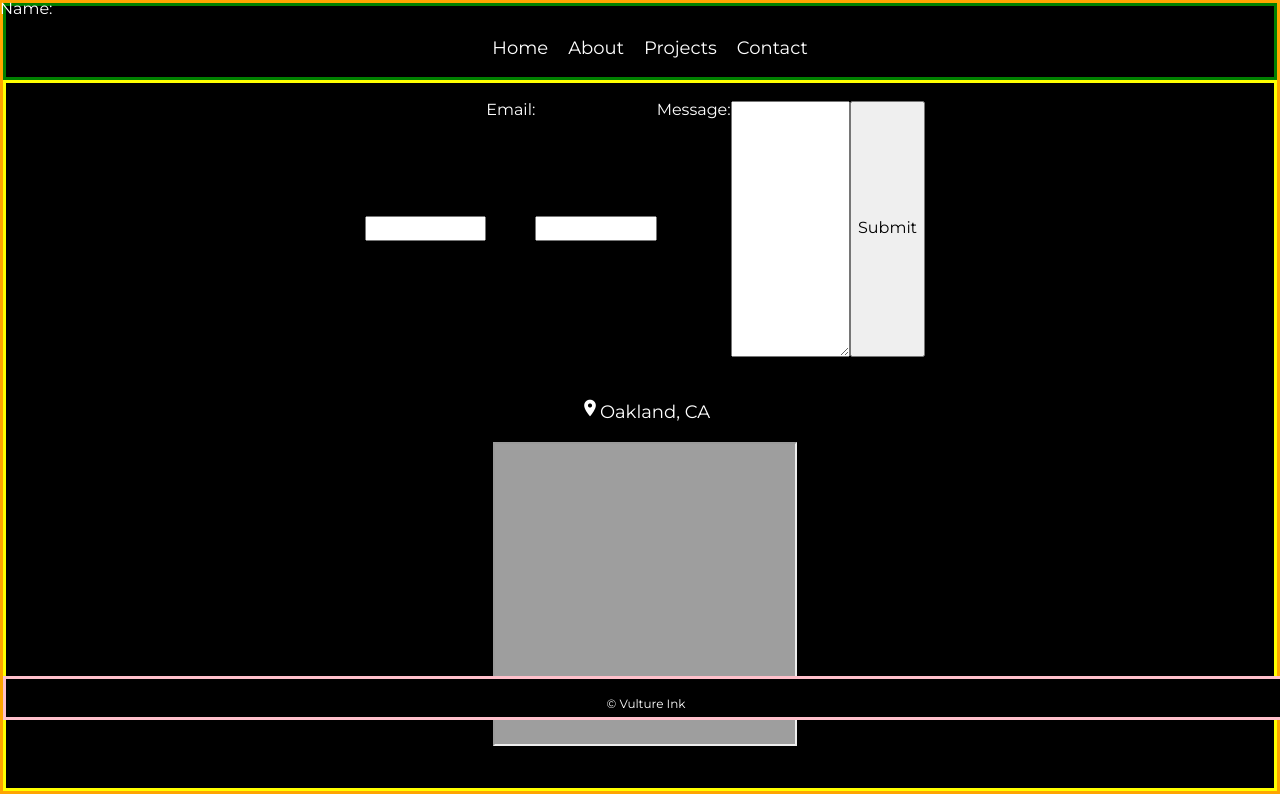
Repository: kaitlynMidori/anon_ink
Page: pages/Contact.html
The author's editor kept a copy of each file at every save. The page is drawn from the files as they stood at one save, then again after the next save.
The browser window is 1280 px wide. The pictures show the whole page.
Pictures or frames that could not be fetched are drawn as grey boxes. Some web libraries are served in a nearby version.

Above is the page before, as saved 2021-09-07 13:40:41.

After the next save:
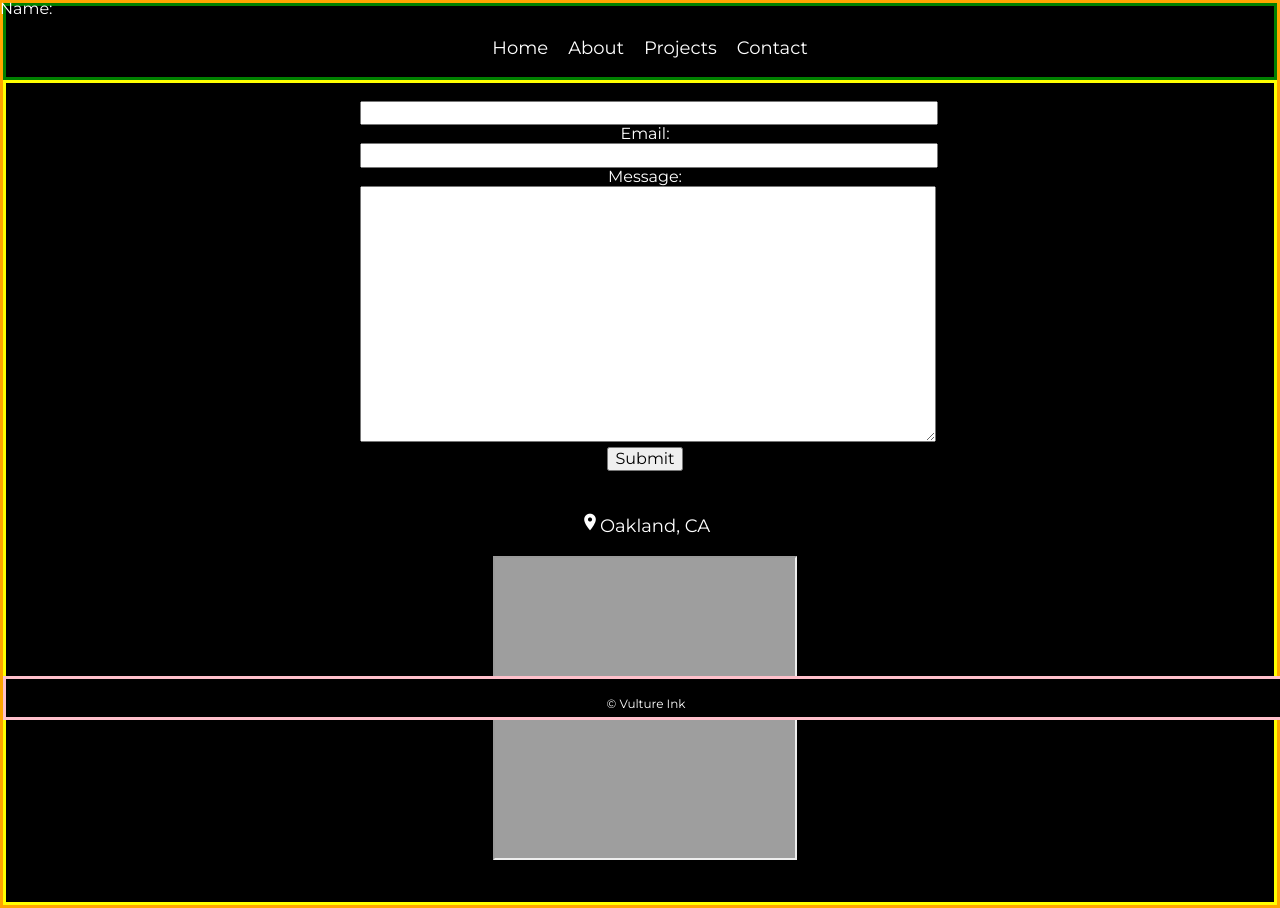
Saved 15 s later.
--- a/pages/Contact.html
+++ b/pages/Contact.html
@@ -28,7 +28,7 @@
 <!-- Contact -->
 
     <section>
-      <form class="multi-form">
+
       <!-- <h2>Get in Touch</h2> -->
       <div class="contact-container">
 
